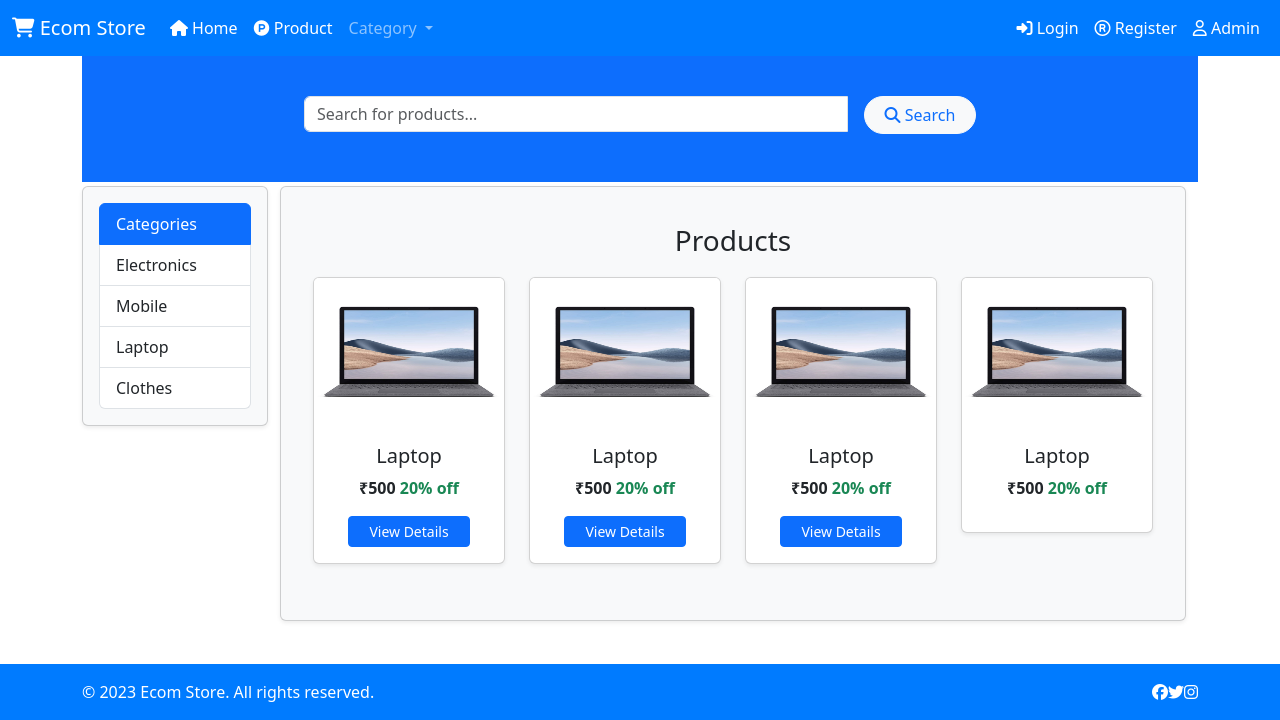
Repository: Deva-bot/EcomProject
Page: http://localhost/product
The author's editor kept a copy of each file at every save. The page is drawn from the files as they stood at one save, then again after the next save.
The browser window is 1280 px wide. The pictures show the whole page.
The page is this project's Thymeleaf template; nobody is signed in. The template is opened directly, without the code that normally fills it, so the values that code supplies are empty.

Above is the page before, as saved 2024-07-12 17:12:55.

After the next save:
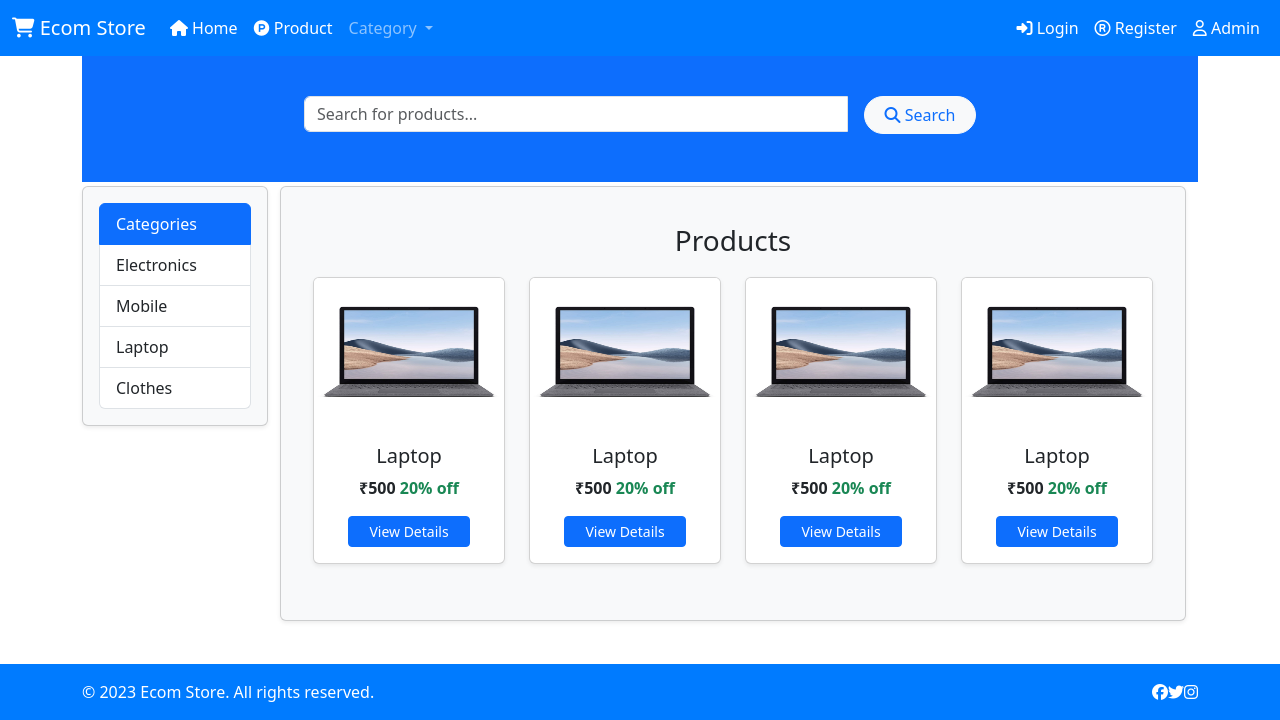
Saved 5 s later.
--- a/Shopping_Cart/src/main/resources/templates/product.html
+++ b/Shopping_Cart/src/main/resources/templates/product.html
@@ -110,7 +110,7 @@
                                                 <p class="fs-6 fw-bold"> &#8377;500
                                                     <span class="fs-6 text-success">20% off</span>
                                                 </p>
-
+                                                <a  class="btn btn-primary btn-sm col-md-8 offset-md-2">View Details</a>
                                             </div>
                                         </div>
                                     </div>
